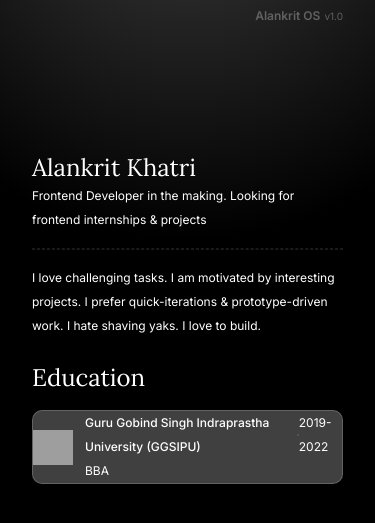
Repository: alankritkhatri/alankrit.xyz
Page: /
An editor plug-in stored every save of this project. The page is shown before and after the next save, followed by the edit.
The browser window is 375 px wide. The pictures show the whole page.
Pictures or frames that could not be fetched are drawn as grey boxes. The project was rebuilt for these pictures with package versions that can differ from the ones it lists, and the page was loaded fresh each time. Also part of the build but not shown: vite.config.js, src/blog.jsx.

Above is the page before, as saved 2024-08-11 21:06:21.

### index.html
<!DOCTYPE html>
<html lang="en">
  <head>
    <meta charset="UTF-8" />

    <link rel="icon" type="image/svg+xml" href="/vite.svg" />
    <link rel="preconnect" href="https://fonts.googleapis.com" />
    <link rel="preconnect" href="https://fonts.gstatic.com" crossorigin />
    <link
      href="https://fonts.googleapis.com/css2?family=Inter:wght@100..900&display=swap"
      rel="stylesheet"
    />

    <link
      href="https://fonts.googleapis.com/css2?family=Lora:ital,wght@0,400..700;1,400..700&display=swap"
      rel="stylesheet"
    />
    <!-- Linkedin link -->
    <script
      src="https://platform.linkedin.com/badges/js/profile.js"
      async
      defer
      type="text/javascript"
    ></script>
<meta name="viewport" content="width=device-width, initial-scale=1.0">
    <title>AlankritOS</title>
  </head>
  <body>
    <div id="root"></div>
    <script type="module" src="/src/main.jsx"></script>
  </body>
</html>

### src/App.jsx
import "./App.css";
import { BrowserRouter as Router, Routes, Route, Link } from "react-router-dom";
import Blog from "./blog";
import Home from "./pages/Home/Home";
const App = () => {
  return (
    <div className="main">
      <Router>
        <Link to="/">
          <div className="logo">
            <h1>Alankrit OS</h1>
            <span>v1.0</span>
          </div>
        </Link>
        <Routes>
          <Route path="/" element={<Home />} />
          <Route path="blog" element={<Blog />} />
        </Routes>
      </Router>
    </div>
  );
};

export default App;

### src/App.css
* {
  margin: 0px;
  padding: 0px;
  box-sizing: border-box;
  font-family: Inter, Haettenschweiler, "Arial Narrow Bold", sans-serif;
}

body,html{
  min-height: 100vh;
background: radial-gradient(100% 50% at 50% -20%, #404040, #000000)
}
.main {



  h1 {
    line-height: 32px;
  }
  h2 {
    line-height: 24px;
  }
  h3 {
    line-height: 16px;
  }
  p {
    line-height: 24px;
  }
  color: white;

  padding: 0px 32px;
  a {
    text-decoration: none;
  }
  .logo {
    color: rgba(126, 121, 121, 0.726);
    display: flex;
    align-items: center;
    justify-content: flex-end;
    gap: 4px;

    font-family: monospace;
    animation: flicker 2s infinite;
    h1 {
      font-size: 12px;
      font-weight: 600;
    }
    span {
      font-size: 10px;
      font-weight: 400;
    }
  }
}
/* logo flickr animation */
@keyframes flicker {
  0% {
    opacity: 0;
  }
  9% {
    opacity: 0;
  }
  10% {
    opacity: 0.5;
  }
  13% {
    opacity: 0;
  }
  20% {
    opacity: 0.5;
  }
  25% {
    opacity: 1;
  }
}
@media only screen and (max-width: 600px) {
    body {
        background-color: rgb(255, 188, 3);
    }
}

### src/pages/Home/Home.jsx
import Infosection from "../../components/Info-Section/Infosection.jsx";
import "./Home.css";
import data from "../../alankrit_data/data.json";
const Home = () => {
  return (
    <div className="home">
      <div
        className="badge-base LI-profile-badge"
        data-locale="en_US"
        data-size="medium"
        data-theme="dark"
        data-type="VERTICAL"
        data-vanity="alankrit-khatri"
        data-version="v1"
      >
        {" "}
        </div>

      <div className="about-section">
        <h1 className="name">Alankrit Khatri</h1>
        <p>
          Frontend Developer in the making. Looking for frontend internships &
          projects
        </p>
        <div className="dashed-line"></div>
        <p>
          I love challenging tasks. I am motivated by interesting projects. I
          prefer quick-iterations & prototype-driven work. I hate shaving yaks.
          I love to build.
        </p>
      </div>
      <div className="education-section">
        <h1>Education</h1>
        <Infosection {...data} />



        {console.log(data)}
      </div>
    </div>
  );
};

export default Home;

### src/components/Info-Section/Infosection.jsx
import "./infoSection.css";
const Infosection = (props) => {
  return (
    <>
      <div className="infosection-details">
        <img
          src={props[0].educationDetails.bachelors.logo}
          alt=""
          style={{ width: "40px", height: "35px" }}
        />
        <div className=" infosection-info">
          <div className="infosection-info-top ">
            <h2 style={{ opacity: "1", fontWeight: "500" }}>
              {props[0].educationDetails.bachelors.schoolName}
            </h2>
            <div className="dashed-line"></div>
            <h2> {props[0].educationDetails.bachelors.schoolYears} </h2>
          </div>

          <div className="infosection-info-bottom">
            <h2> {props[0].educationDetails.bachelors.course}</h2>
          </div>
        </div>
      </div>
    </>
  );
};

export default Infosection;

### src/pages/Home/Home.css
.home {
  margin: 96px 0px;
  display: flex;
  flex-direction: column;
  gap: 24px;
  /* dashed line  */
  .dashed-line {
    margin: 16px 0px;
    opacity: 0.1;
    border-width: 1px;
    border-style: dashed;
    color: rgb(255 255 255);
  }
  .hide {
    display: none;
  }
  h1 {
    font-family: "Lora", serif;
    font-size: 24px;
    font-weight: 400;
  }
  h2 {
    font-size: 12px;
    font-style: normal;
    font-weight: 400;
  }
  h3 {
    font-size: 10px;
    font-style: normal;
    font-weight: 300;
  }
  p {
    font-size: 12px;
  }
  .about-section {
    display: flex;
    flex-direction: column;
    .name {
      line-height: 32px;
    }
  }
}

### src/alankrit_data/data.json
[
  {
    "educationDetails": {
      "className": "education-details",
      "bachelors": {
        "schoolName": "Guru Gobind Singh Indraprastha University (GGSIPU)",
        "schoolYears": "2019-2022",
        "course": "BBA",
        "logo": "https://encrypted-tbn0.gstatic.com/images?q=tbn:ANd9GcRM9GNTFenU_T9caTwA63o86iaVHMnf9eeEPw&s"
      },
      "masters": {
        "schoolName": "Guru Gobind Singh Indraprastha University (GGSIPU)",
        "schoolYears": "2019-2022",
        "logo": "https://encrypted-tbn0.gstatic.com/images?q=tbn:ANd9GcRM9GNTFenU_T9caTwA63o86iaVHMnf9eeEPw&s"
      }
    }
  }
]

### src/components/Info-Section/infoSection.css
.infosection-details {
  background: rgba(255, 255, 255, 0.25);
  -webkit-backdrop-filter: blur(4px);
  border-radius: 10px;
  border: 1px solid rgba(255, 255, 255, 0.18);
  backdrop-filter: blur(10px);
  backdrop-filter: saturate(180%) blur(10px);
  display: flex;
  align-items: center;
  gap: 12px;
  margin: 16px 0px;

  .infosection {
    width: 100%;
    min-width: 80%;
    * {
      line-height: 16px;
    }
    h3 {
      letter-spacing: -0.26px;
      opacity: 0.5;
    }
    h2 {
      opacity: 0.5;
    }
  }
  .infosection-info-top {
    display: flex;
    justify-content: space-between;
    align-items: center;
  }
}

Loaded but not shown: src/main.jsx (common file)

After the next save:
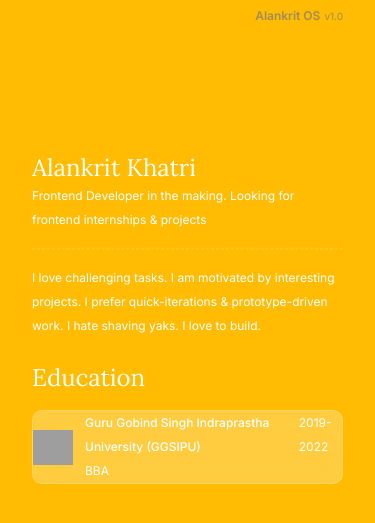
Saved 25 s later.
--- a/src/App.css
+++ b/src/App.css
@@ -73,6 +73,6 @@
 }
 @media only screen and (max-width: 600px) {
     body {
-        background-color: rgb(255, 188, 3);
+        background: rgb(255, 188, 3);
     }
 }

After the save that followed:
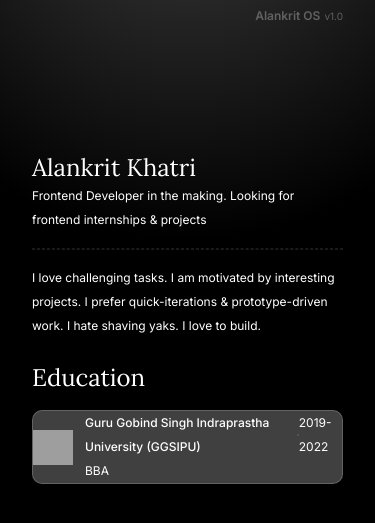
Saved 32 s later.
--- a/src/App.css
+++ b/src/App.css
@@ -71,8 +71,3 @@
     opacity: 1;
   }
 }
-@media only screen and (max-width: 600px) {
-    body {
-        background: rgb(255, 188, 3);
-    }
-}
